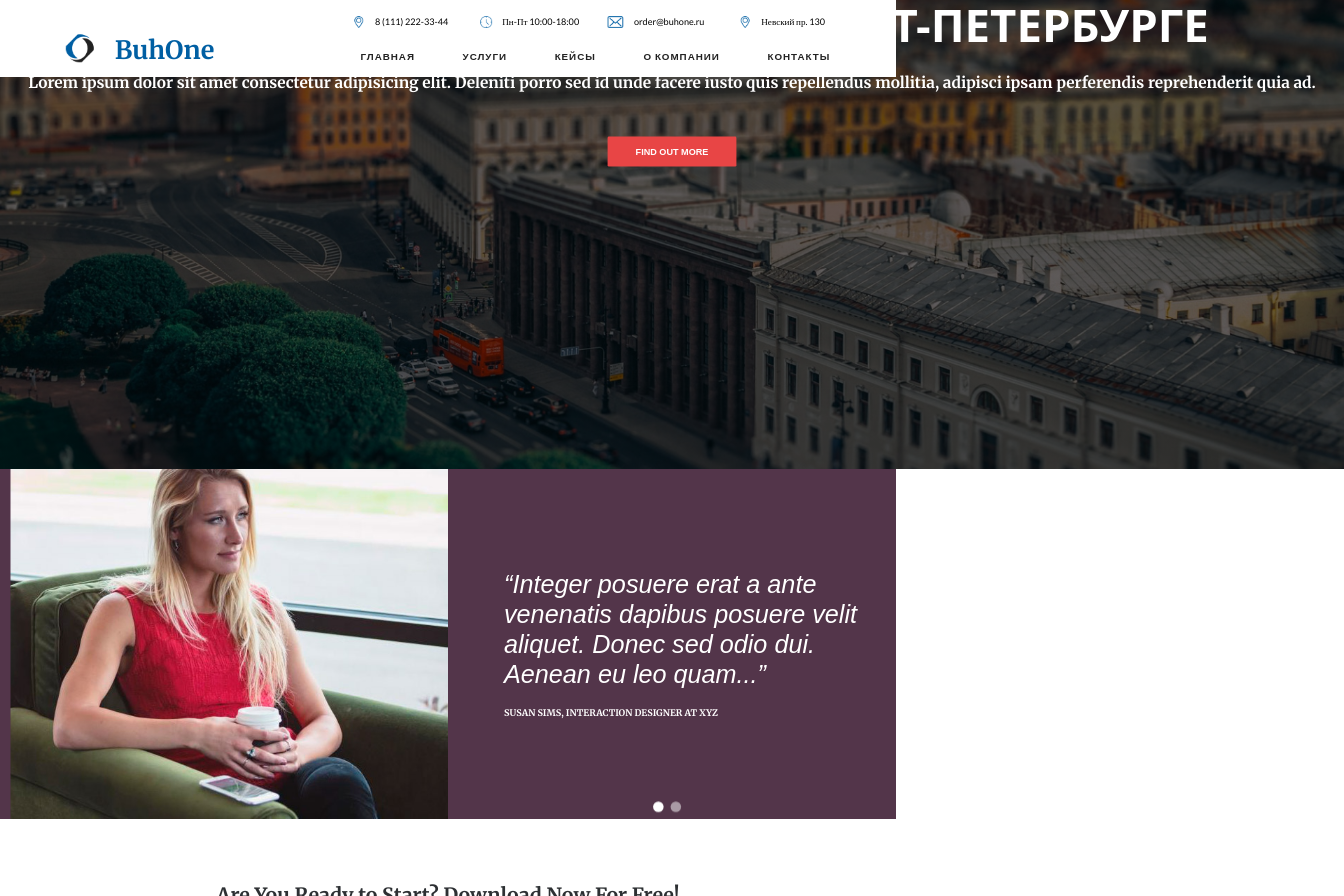
Repository: ZetsubouBilly/test
Page: index.html
These files come from the project's save history. The page is drawn as it stood at one moment and after the next save; the edit follows.
The browser window is 1280 px wide. The page is 1920 px wide, so the pictures cover 1920 px, including what lies to the right of the window. The pictures show the part of the page from y = 0 to 1280 px (the page is 1803 px tall), at 70% of full size.

Above is the page before, as saved 2023-05-13 13:25:19.

### index.html
<!DOCTYPE html>
<html lang="ru">
<head>
    <meta charset="UTF-8">
    <meta name="viewport" content="width=device-width, initial-scale=1.0, minimum-scale=1.0, maximum-scale=1.0">  <link rel="preconnect" href="https://fonts.gstatic.com">
    <link rel="preconnect" href="https://fonts.googleapis.com">
    <link rel="preconnect" href="https://fonts.gstatic.com" crossorigin>
    <link href="https://fonts.googleapis.com/css2?family=Lato:wght@300;400;700&family=Merriweather:wght@700;900&display=swap" rel="stylesheet">
    <link rel="stylesheet" type="text/css" href="https://cdn.jsdelivr.net/npm/slick-carousel@1.8.1/slick/slick.css"/>
    <link rel="stylesheet" href="css/style.css">

   <meta name="description" content="Описание страницы">
   <meta name="google" content="notranslate" />
   <meta name="keywords" content="создаие сайтов, верстка сайтов" />

    <title>BuhOne</title>

    <script src="https://cdnjs.cloudflare.com/ajax/libs/jquery/3.5.1/jquery.min.js"></script>

</head>
<body>



<!-- Header -->

 <header class="header" id="header">

            <div class="header__inner">
                <div class="header__inner_l">
                    <div class="header__logo">
                        <img src="img/logo.png" alt="">
                        <p class="header__logo_name">BuhOne</p>
                    </div>
                </div>
                <div class="header__inner_r">
                    <div class="top-line">
                        <div class="top-line_info">
                            <img class="top-line_info_img" src="img/placeholder.png" alt="">
                            <p class="top-line_info_text">8 (111) 222-33-44</p>

                        </div>
                        <div class="top-line_info">
                            <img class="top-line_info_img" src="img/time.png" alt="">
                            <p class="top-line_info_text">Пн-Пт 10:00-18:00</p>

                        </div>
                        <div class="top-line_info">
                            <img class="top-line_info_img" src="img/Frame.png" alt="">
                            <p class="top-line_info_text">order@buhone.ru</p>

                        </div>
                        <div class="top-line_info">
                            <img class="top-line_info_img" src="img/placeholder.png" alt="">
                            <p class="top-line_info_text">Невский пр. 130</p>

                        </div>

                    </div>
                    <nav class="nav" id="nav">
                        <a class="nav__link" href="#" data-scroll="#features">Главная</a>
                        <a class="nav__link" href="#" data-scroll="#works">Услуги</a>
                        <a class="nav__link" href="#" data-scroll="#team">Кейсы</a>
                        <a class="nav__link" href="#" data-scroll="#reviews">О компании</a>
                        <a class="nav__link" href="#" data-scroll="#download">Контакты</a>
                    </nav>
                </div>




                <button class="burger" type="button" id="navToggle">
                    <span class="burger__item">Menu</span>
                </button>

            </div>

 </header>


 <!-- Intro -->

<div class="intro" id="intro">
    <div class="container">
        <div class="intro__inner">
             <h1 class="intro__title">Бухгалтерские услуги в Санкт-Петербурге</h1>
             <h2 class="intro__subtitle">Lorem ipsum dolor sit amet consectetur adipisicing elit.
                 Deleniti porro sed id unde facere iusto quis repellendus mollitia, adipisci ipsam
                 perferendis reprehenderit quia ad.</h2>
                 <a class="btn  btn--red" href="">Find Out More</a>
        </div>
    </div>
</div>










<!-- Testimonials -->

<div class="reviews" id="reviews">
    <div class="container">

        <div class="reviews__slider" id="reviewsSlider">
            <div class="slick-item">
             <div class="reviews__item">
                 <div class="reviews__photo">
                     <img class="reviews__img" src="img/reviews/review-1.jpg" alt="">
                 </div>
                 <div class="reviews__content">
                        <div class="reviews__text">“Integer posuere erat a ante venenatis dapibus posuere velit aliquet. Donec sed odio dui. Aenean eu leo quam...”</div>
                       <div class="reviews__author">Susan Sims, Interaction Designer at XYZ</div>
                 </div>
                </div>
            </div>

                <div class="slick-item">
                <div class="reviews__item">
                    <div class="reviews__photo">
                        <img class="reviews__img" src="img/reviews/review-1.jpg" alt="">
                    </div>
                    <div class="reviews__content">
                           <div class="reviews__text">"Lorem ipsum dolor sit amet consectetur, adipisicing elit. Maiores, tempore velit, debitis quasi doloribus vero natus sint ratione temporibus fugiat voluptatum nesciunt modi. Adipisci aliquid voluptatem magni laborum, facilis nisi".</div>
                          <div class="reviews__author">Susan Sims, Interaction Designer at XYZ</div>
                    </div>
                   </div>
                </div>
            </div>
        </div>

    </div>
</div> <!-- /reviews -->




<!-- Download -->

<div class="download" id="download">
    <div class="container">
        <h3 class="download__title">Are You Ready to Start? Download Now For Free!</h3>
        <div class="download__text"><p>Fusce dapibus, tellus ac cursus commodo</p>
        </div>
        <a class="btn  btn--red  btn--long" href="">Download Here</a>
    </div>
</div>


<!-- Footer -->


<footer class="footer">
    <div class="container">

        <div class="footer__inner">
            <div class="footer__block">
                <h4 class="footer__title">Location</h4>
                <address class="footer__adress"><div>3481 Melrose Place</div>
                    <div>Beverly Hills, CA 90210</div>
                </address>
            </div>

            <div class="footer__block">
                <h4 class="footer__title">Share with Love</h4>
                <div class="social  social--footer">
                    <a class="social__item" href="" target="_blank">
                        <svg class="social__icon">
                            <use xlink:href="#facebook"></use>
                        </svg>
                    </a>

                    <a class="social__item" href="" target="_blank">
                        <svg class="social__icon">
                            <use xlink:href="#twitter"></use>
                        </svg>
                    </a>

                    <a class="social__item" href="" target="_blank">
                        <svg class="social__icon">
                            <use xlink:href="#linkedin"></use>
                        </svg>
                    </a>


                </div>
            </div> <!-- /footer__block__social -->

            <div class="footer__block">
                <h4 class="footer__title">About ActiveBox</h4>
                <div class="footer__text"><p>Cras justo odio, dapibus ac facilisis in, egestas eget quam. Donec ullamcorper nulla non metus auctor fringilla.</p></div>
            </div>

        </div> <!-- /footer__inner -->

    </div> <!-- /container -->

    <div class="copyright">
        <div class="container">
          <div class="copyright__text"><div>Copyright © 2015 ActiveBox. All Rights Reserved</div>
           <div>Made  <span>by Kamal Chaneman</span></div>
        </div>
    </div>
</div>
</footer>


<!-- Javascript -->
<script  src="https://cdn.jsdelivr.net/npm/slick-carousel@1.8.1/slick/slick.min.js"></script>
<script src="js/app.js"></script>


</body>
</html>

### css/style.css
body {
  margin: 0;

  font-family: "Merriweather", sans-serif;
  font-size: 14px;
  color: #6c7279;
  -webkit-font-smoothing: antialiased;

  background-color: #fff;
}

*,
*:before,
*:after {
  box-sizing: border-box; /* алгоритм подсчета размеров с учетом padding и границ. */
}

h1,
h2,
h3,
h4,
h5,
h6 {
  margin: 0;
}

p {
  margin: 0 0 10px;
}

/* Container
==================== */

.container {
  width: 100%;
  max-width: 1920px;
  margin: 0 auto;
  padding: 0 15px;
}

/* Header
==================== */

.header {
  position: absolute;
  width: 100%;
  height: 73px;
  height: 110px;
  /* left: 50%; */
  /* top: 6.52px; */
  /* margin-left: -560px; */
  background-color: #fff;
}

.header.fixed {
  height: auto;

  position: fixed; /* фиксируем шапку при скроле*/

  background-color: #fff;
}

.header.fixed .header__inner {
  padding-top: 15px;
  padding-bottom: 15px;

  border-bottom: 0;
}

.header__inner {
  display: flex;
  justify-content: space-around;
  align-items: center;
  max-width: 1116px;
  /* padding: 35px 0; */

  /* border-bottom: 1px solid #4d5066; */
  margin: 0 auto;
}
.header__inner_l{
    margin-right: 185px;
}
.header__inner_r{
    display: flex;
    flex-direction: column;
  width: 671px;

}

.header__logo {
  display: flex;
  align-items: flex-start;
  justify-content: space-between;
  max-width: 260px;
  padding-top: 33px;
}
.header__logo_name {
  font-size: 36px;
  margin-left: 30px;
  color: #005fa3;
}

/* Top-line
==================== */

.top-line {
  display: flex;
  padding:23px 0px 0px 40px;
  justify-content: center;
  margin-bottom: 22px;
  width: 671px;
}
.top-line_info {
  display: flex;
  margin-right: 40px;
}
.top-line_info_img {
  margin-right: 15px;
  max-width: 23px;
  height: 17px;
}
.top-line_info_text {
  font-family: "Lato";
  font-style: normal;
  font-weight: 400;
  font-size: 13px;
  line-height: 17px;
  width: 110px;


  color: #000000;
}

/* Nav
==================== */

.nav {
  display: flex;
  font-size: 13px;
  font-weight: 700;
  text-transform: uppercase;
  width: 671px;
  justify-content: space-between;
  margin-bottom: 31px;
}

.nav__link {
  font-family: "Lato", sans-serif;
  font-style: normal;
  font-weight: 700;
  font-size: 14px;
  line-height: 17px;


  letter-spacing: 0.1em;
  text-transform: uppercase;



  color: #222222;
  text-decoration: none;
}
.nav__link:first-child {
  margin-left: 0;
}

.nav__link:hover {
  opacity: 1;
}

/* Intro
==================== */

.intro {
    /* position: absolute; */
    width: 1920px;
    height: 670px;
    /* left: 0px;
    top: 110px; */


  /* background-size: cover; */
  background: linear-gradient(0deg, rgba(0, 0, 0, 0.6), rgba(0, 0, 0, 0.6)),   url("../img/Rectangle.png")  no-repeat;

}

.intro__inner {
  width: 100%;
  max-width: 1920px;
  margin: 0 auto;
  text-align: center;
}

.intro__title {
  margin: 0 0 30px;
  font-family: "Open Sans", sans-serif;
  font-size: 65px;
  line-height: 1.1;
  color: #fff;
  font-weight: 700;
  text-transform: uppercase;
}

.intro__subtitle {
  margin-bottom: 60px;
  font-size: 22px;
  color: #fff;
  line-height: 1.5;
  font-weight: 400;
}

/* Button
==================== */

.btn {
  display: inline-block;
  vertical-align: top;
  padding: 14px 40px;

  border-radius: 2px;
  border: 0;
  cursor: pointer;

  font-family: "Raleway", sans-serif;
  font-size: 13px;
  color: #fff;
  font-weight: 600;
  text-transform: uppercase;
  text-decoration: none;
  text-align: center;

  transition: background 0.1s linear;
}

.btn--red {
  background-color: #e84545;
}

.btn--red:hover {
  background-color: #dd3434;
}

.btn--long {
  min-width: 280px;
}

/* Features
==================== */

.features {
  display: flex;
  flex-wrap: wrap;
  margin: 95px 0;
}

.features__item {
  width: 33.33333%;
  padding: 0 40px;
  text-align: center;
  margin: 25px 0;
}

.features__icon {
  margin-bottom: 25px;
}

.features__title {
  margin-bottom: 20px;
  font-size: 14px;

  color: #2d3033;
  font-weight: 700;
  text-transform: uppercase;
}

.features__text {
  font-size: 14px;
  line-height: 1.5;
  color: #6c7279;
}

/* Works
===================*/

.works {
  display: flex;
  flex-wrap: wrap;
}

.works__item {
  width: 25%;
  height: 350px;
  border-bottom: 1px solid #fff;
  border-right: 1px solid #fff;

  position: relative;
  overflow: hidden;
}
.works__item:hover .works__content {
  opacity: 1;
}

.works__photo {
  min-width: 100%;
  position: absolute;
  top: 50%;
  left: 50%;
  z-index: 1;

  transform: translate3d(-50%, -50%, 0);
}

.works__content {
  display: flex;
  flex-direction: column;
  justify-content: center;
  width: 100%;
  height: 100%;
  opacity: 0;

  text-align: center;

  background-color: rgba(232, 69, 69, 0.9);

  position: absolute;
  top: 0;
  left: 0;
  z-index: 2;
  transition: opacity 0.2s linear;
}

.works__title {
  margin-bottom: 5px;

  font-size: 14px;
  font-weight: 700;
  color: #fff;
  text-transform: uppercase;
}

.works__text {
  font-size: 14px;
  color: #fff;
}

/* Team
==================*/

.team {
  margin: 100px 0;
}

.team__inner {
  display: flex;
  flex-wrap: wrap;
  margin: 0 -15px;
}

.team__item {
  width: 25%;
  padding: 0 15px;
  margin-bottom: 30px;
}

.team__photo {
  display: block;
  min-width: 100%;
  height: auto;
  margin-bottom: 20px;
}

.team__name {
  margin-bottom: 8px;

  font-size: 25px;
  color: #2d3033;
}

.team__prof {
  margin-bottom: 15px;

  font-size: 13px;
  color: #e84545;
  text-transform: uppercase;
}

.team__text {
  margin-bottom: 20px;

  font-size: 14px;
  line-height: 1.5;
  color: #6c7279;
}

/* Social
==================*/

.social {
  display: flex;
}

.social--footer {
  justify-content: center;
}

.social__item {
  display: flex;
  justify-content: center;
  align-items: center;
  width: 40px;
  height: 40px;
  margin-right: 4px;

  background-color: #fff;
  border: 1px solid #e8ecee;

  transition: background 0.1s linear;
}
.social__item:hover {
  background-color: #e8ecee;
}

.social__item:hover .social__icon {
  fill: #000;
}

.social--footer .social__item {
  background-color: transparent;
  border-width: 2px;
  border-color: #fff;
  border-radius: 2px;
}

.social--footer .social__item:hover {
  background-color: #fff;
}

.social__icon {
  display: block;
  height: 18px;
  fill: #c6cacc;

  transition: fill 0.1s linear;
}

.social--footer .social__icon {
  fill: #fff;
}

/* reviews
==================*/

.reviews {
  overflow: hidden;
  background-color: #53354a;
}

.reviews__slider {
  height: 500px;
  overflow: hidden;
}

.reviews__slider.slick-initialized {
  height: auto;
}

.reviews__item {
  display: flex;
  flex-wrap: wrap;
  overflow: hidden;
}

.reviews__photo {
  width: 50%;
  height: 500px;
  position: relative;
}

.reviews__img {
  position: absolute;
  top: 50%;
  right: 0;
  z-index: 1;

  transform: translateY(-50%);
}

.reviews__content {
  display: flex;
  flex-direction: column;
  justify-content: center;
  width: 50%;
  padding-left: 80px;
}

.reviews__text {
  margin-bottom: 25px;

  font-family: "Cardo", sans-serif;
  font-style: italic;
  font-size: 36px;
  line-height: 1.2;
  color: #fff;
}

.reviews__author {
  font-size: 13px;
  font-weight: 700;
  text-transform: uppercase;
  color: #fff;
}

.slick-dots {
  display: flex;
  justify-content: center;
  margin: 0;
  padding: 0 0 10px;
  list-style: none;
  width: 50%;

  position: absolute;
  bottom: 0;
  right: 0;
  z-index: 2;
}
.slick-dots li {
  margin: 0 5px;
}

.slick-dots button {
  width: 15px;
  height: 15px;
  padding: 0;

  background: #fff;
  border-radius: 50%;
  border: 0;
  opacity: 0.5;
  cursor: pointer;

  font-size: 0;
  color: transparent;
}

.slick-dots button:focus {
  outline: 0;
}

.slick-dots .slick-active button {
  opacity: 1;
}

/* Download
==================*/

.download {
  margin: 90px 0;

  text-align: center;
}

.download__title {
  margin-bottom: 10px;

  font-size: 28px;
  color: #2d3033;
  font-weight: 300;
}

.download__text {
  margin-bottom: 30px;

  font-size: 13px;
  color: #2d3033;
  font-weight: 700;

  text-transform: uppercase;
}

/* Features
==================== */

.footer {
  background-color: #3a3e64;
}

.footer__inner {
  padding: 70px 0;

  display: flex;
  flex-wrap: wrap;
}

.footer__block {
  width: 33.33333%;
  padding: 0 15px;

  text-align: center;
}

.footer__title {
  margin-bottom: 10px;

  font-size: 14px;
  font-weight: 700;
  color: #fff;
  text-transform: uppercase;
}

.footer__adress {
  font-size: 14px;
  line-height: 1.5;
  font-style: normal;
  color: rgba(255, 255, 255, 0.5);
}

.footer__text {
  font-size: 14px;
  line-height: 1.5;
  color: rgba(255, 255, 255, 0.5);
}

/* copyright
==================== */
.copyright {
  padding: 20px 0;
  background-color: #313454;
}

.copyright__text {
  text-align: center;
  font-size: 14px;
  color: #808080;
}

.copyright__text span {
  color: #fff;
}

/* Burger
==================== */
.burger {
  display: none;
  padding: 9px 2px;

  background: none;
  border: 0;
  cursor: pointer;
}

.burger__item {
  display: block;
  width: 30px;
  height: 3px;

  background-color: #fff;

  font-size: 0;
  color: transparent;

  position: relative;
}

.burger__item:before,
.burger__item:after {
  content: "";
  width: 100%;
  height: 100%;

  background-color: #fff;

  position: absolute;
  left: 0;
  z-index: 1;
}

.burger__item:before {
  top: -8px;
}

.burger__item:after {
  bottom: -8px;
}

/* Media
==================== */
@media (max-width: 1300px) {
  /* Works */
  .works__item {
    width: 50%;
  }
}

@media (max-width: 991px) {
  /* Nav  скрываем кнопки навигации при смене размера девайса*/
  .nav {
    display: none;
    flex-direction: column;
    background-color: #31344e;

    width: 100%;
    text-align: right;

    position: absolute;
    top: 100%;
    right: 0;
  }

  .nav.show {
    display: flex;
  }

  .nav__link {
    padding: 9px 15px;
  }

  /* Burger */
  .burger {
    display: block;
  }

  /* intro  меняем размер title под размер девайса*/
  .intro__title {
    font-size: 40px;
  }

  /* Features */
  .features__item {
    width: 50%;
  }

  /* Team */
  .team__item {
    width: 50%;

    text-align: center;
  }

  .team__photo {
    margin-left: auto;
    margin-right: auto;
  }

  /* Team */
  .social {
    justify-content: center;
  }

  /*Reviews */
  .reviews__photo {
    width: 100%;
    margin: 15px 0 40px;
    overflow: hidden;
  }

  .reviews__content {
    width: 100%;
    padding-left: 0;
    padding-bottom: 40px;
  }
}

@media (max-width: 767px) {
  .intro {
    height: auto;
    padding-top: 130px;
    padding-bottom: 30px;
  }

  .intro__title {
    font-size: 30px;
  }

  .intro__subtitle {
    margin-bottom: 30px;

    font-size: 16px;
  }

  /* Features */
  .features {
    margin: 40px 0;
  }

  .features__item {
    width: 100%;
    padding-left: 0;
    padding-right: 0;
  }

  /* Works */
  .works__item {
    width: 100%;
    height: 300px;
  }

  /* Team */
  .team {
    margin: 60px 0 30px;
  }
  .team__item {
    width: 100%;
  }

  /* Reviews */
  .reviews__text {
    font-size: 25px;
  }

  /* Btn */
  .btn--long {
    min-width: 260px;
  }

  /* Download */
  .download {
    margin: 50px 0;
  }

  .download__title {
    font-size: 24px;
  }

  /* Footer */
  .footer__inner {
    padding: 30px 0;
  }
  .footer__block {
    width: 100%;
    padding-left: 0;
    padding-right: 0;
    margin-bottom: 30px;
  }
  .footer__block:last-child {
    margin-bottom: 0;
  }
}

@media (max-width: 414px) {
  /*Reviews */
  .reviews__img {
    right: -100px;
  }
}

### js/app.js
$(function() {

    /* Fixed Header */
    let header = $("#header"); //присваем переменной хедер id хедер
    let intro = $("#intro"); //присваем переменной интро id интро
    let introH= intro.innerHeight();
    let scrollPos= $(window).scrollTop(); //получаем позицию скролла элемента сверху
    let nav = $("#nav");
    let navToggle = $("#navToggle");

    checkScroll(scrollPos, introH);

    $(window).on("scroll resize", function() /*делаем проверки на скролл, перезагрузку стр и изменение размера экрана*/
    {
        introH = intro.innerHeight();//присваем переменной хедер функцию показа размера высоты intro
        scrollPos = $(this).scrollTop();

        checkScroll(scrollPos, introH);

        //console.log(scrollPos); //вывод высоты интро
    }); //отслеживание события скролла

    function checkScroll(scrollPos, introH) {

        if( scrollPos > introH ) {
            header.addClass("fixed"); //добавляем класс
        }
        else {
            header.removeClass("fixed"); //убираем класс
        }
    }


    /* Smooth Scroll */
    $("[data-scroll]").on("click", function(event) //отслеживаем события с эдементом дата-скролл при клике на элемент
    {
        event.preventDefault(); //отменяет стандартное поведение ссылки

        let elementId = $(this).data('scroll'); //хранится id элемента которого хотим скроллить
        let elementOffset = $(elementId).offset().top; //ролучаем отступ элемента от верха

        nav.removeClass("show"); // убирает бургер-меню при клике на ссылку в нем

        $("html, body").animate({
            scrollTop: elementOffset - 70 //делаем плавный переход на ссылки навигации
        }, 700);
    });





    /* Nav Toggle */


    navToggle.on("click", function(event) // отслеживание клика на бургер меню
    {
        event.preventDefault();

        nav.toggleClass("show");

    });





    /* Reviews: https://kenwheeler.github.io/slick/ */
    let slider = $("#reviewsSlider");

    slider .slick({
        infinite: true, //скролл все время, если заканчиваются элементы то повторяются заново
        slidesToShow: 1,  // cколько хотим показывать слайдов
        slidesToScroll: 1,   // сколько будем скролить слайдов
        fade: true,          //для затемнения отзывов
        arrows: false,       // убирает переключатели слайдера
        dots: true
      });



});

After the next save:
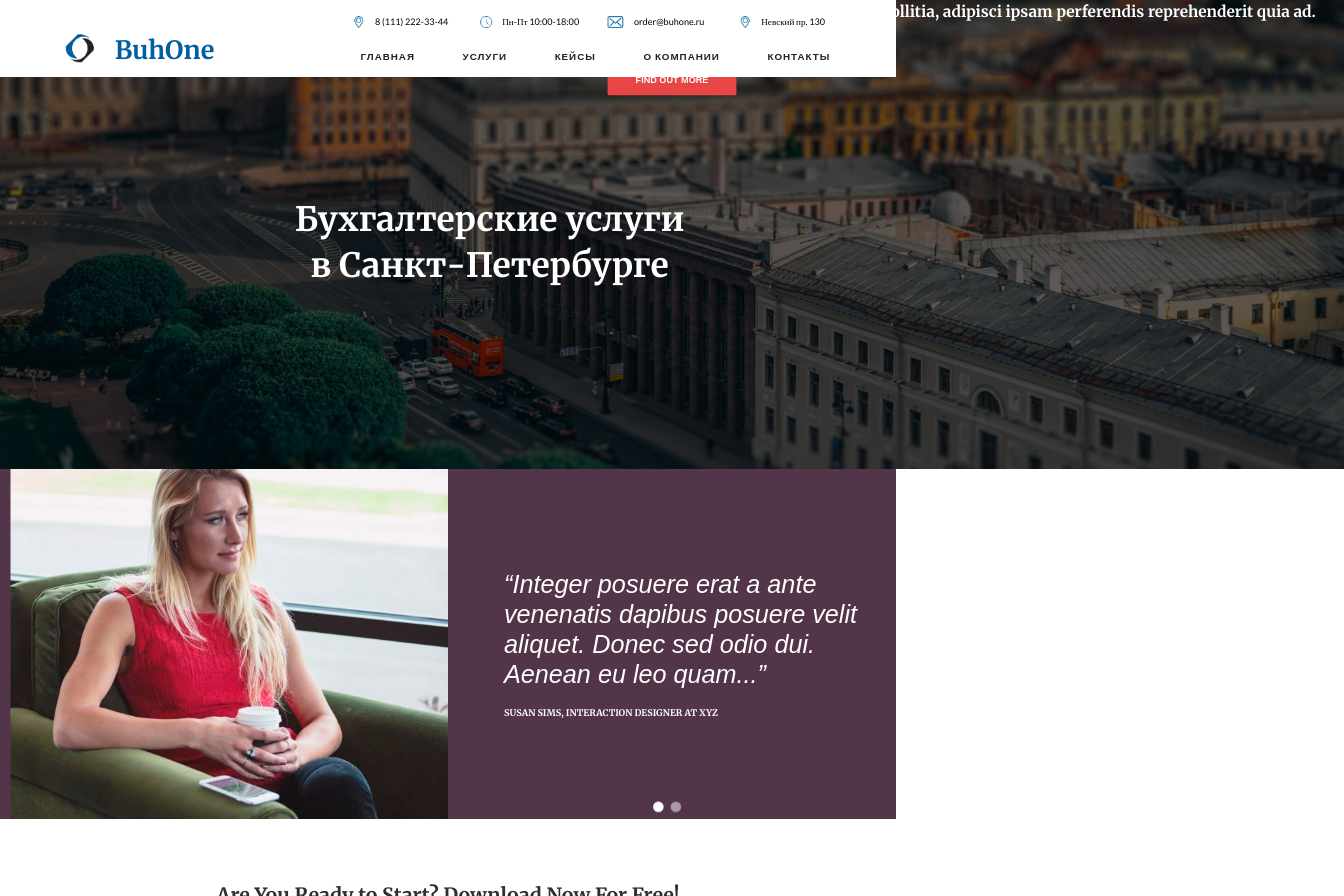
Saved 39 s later.
--- a/css/style.css
+++ b/css/style.css
@@ -192,13 +192,21 @@ p {
 }
 
 .intro__title {
-  margin: 0 0 30px;
-  font-family: "Open Sans", sans-serif;
-  font-size: 65px;
-  line-height: 1.1;
-  color: #fff;
-  font-weight: 700;
-  text-transform: uppercase;
+    position: absolute;
+    width: 589px;
+    height: 117px;
+    left: 405px;
+    top: 280px;
+
+    /* h1 */
+
+    font-family: 'Merriweather';
+    font-style: normal;
+    font-weight: 700;
+    font-size: 48px;
+    line-height: 66px;
+
+    color: #FFFFFF;
 }
 
 .intro__subtitle {
